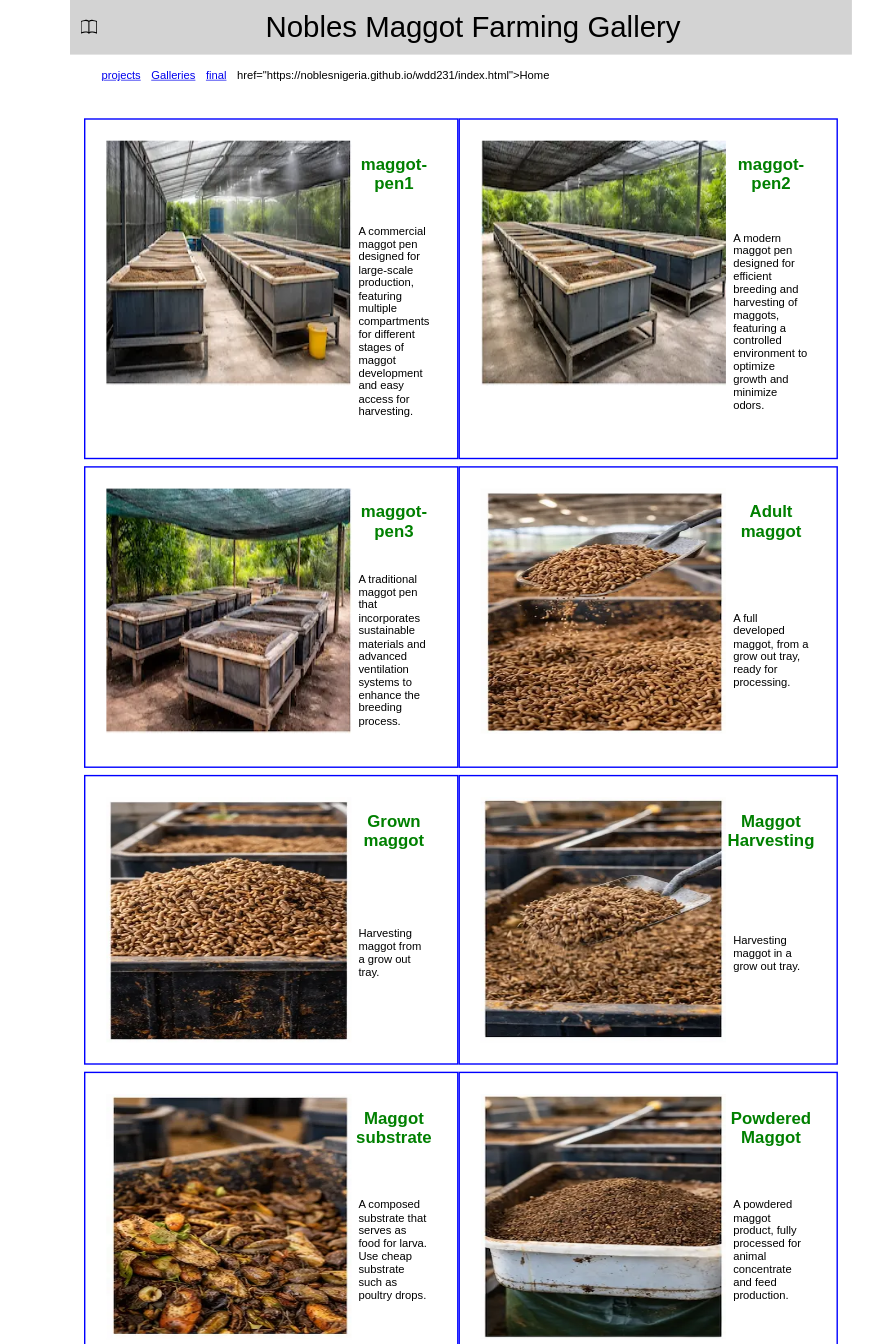
Repository: NoblesNigeria/articles
Page: maggot/farm-galleries.html
An editor plug-in stored every save of this project. The page is shown before and after the next save, followed by the edit.
The browser window is 1280 px wide. The pictures show the part of the page from y = 0 to 1920 px (the page is 2701 px tall), at 70% of full size.

Above is the page before, as saved 2026-02-23 11:02:35.
Console error: TypeError: Cannot read properties of null (reading 'addEventListener')

### maggot/farm-galleries.html
<!DOCTYPE html>
<html lang="en">
<head>
    <meta charset="UTF-8">
    <meta name="viewport" content="width=device-width, initial-scale=1.0">
    <meta name="description" content="This is the business directory page for the Chamber of Commerce, We connect businesses and foster growth in our community.">
    <meta name="author" content="Nwose Anthony">
    <meta property="og:title" content="Evergreen Chamber of Commerce">
    <meta property="og:description" content="Evergreen Chamber of Commerce - Connecting Businesses, Fostering Growth">
    <meta property="og:image" content=" https://noblesnigeria.github.io/wdd231/chamber/images/image.jpg">
    <meta property="og:url" content=" https://noblesnigeria.github.io/chamber/directory.html">
    <link rel="stylesheet" href="styles/normalize.css">
    <link rel="stylesheet" href="styles/final-small.css">
    <link rel="stylesheet" href="styles/final-medium.css">
    <link rel="stylesheet" href="styles/final-large.css">
    <script src="scripts/final.js" defer></script>
    <link rel="icon" href="favicon.ico">
    <title>Nobles Agricultural Technology</title>
    <link rel="preconnect" href="https://fonts.googleapis.com">
    <link rel="preconnect" href="https://fonts.gstatic.com" crossorigin>
    <link href="https://fonts.googleapis.com/css2?family=Roboto:wght@100..900&display=swap" rel="stylesheet">
</head>
<body>
    <header>
        <img src="images/book.svg" alt="Chamber Logo">
        <span>Nobles Maggot Farming Gallery</span>
        <button id="ham-btn" class="hamburger"></button>
    </header>
    <nav id="navigation" class="navigate">
        <ul>
           <li><a href="https://noblesnigeria.github.io/wdd231/final-project/index.html">projects</a></li>
            <li><a href="https://noblesnigeria.github.io/wdd231/final-project/farm-galleries.html">Galleries</a></li>
            <li><ali><a href="https://noblesnigeria.github.io/wdd231/final-project/final.html">final</a></li> href="https://noblesnigeria.github.io/wdd231/index.html">Home</a></li>
        </ul>
    </nav>
    <main>
        <section id="directory-entries"></section>
    </main>
    <p> Back to personal page click here <a href="https://noblesnigeria.github.io/wdd231/index.html"> personal page</a></p>
    <p>To watch the video on page making click <a href="https://app.screencastify.com/watch/4KcYn3ku5BtcIechrisi?checkOrg=2b556cc6-6db3-4d8e-972a-422a65bee404">Watch</a></p>
    <footer>
        <aside class="contact">
            <h2>Nobles Agrotech</h2>
            <p>9, Idara avenue off Imafidon street, Evboneka </p>
            <p>Benin City, Edo State, Nigeria.</p>
            <p>Phone: +234 838090539</p>
            <p>Email:noblesnigeria@gmail.com</p>
        </aside>
        <aside class="media">
            <a href="https://github.com/NoblesNigeria"><img src="images/facebook.svg" alt="facebook" width="100" height="100"></a>
            <a href="https://github.com/NoblesNigeria"><img src="images/github.svg" alt="Github" width="100" height="100"></a>
            <a href="https://github.com/NoblesNigeria"><img src="images/linkedin.svg" alt="Linkedin" width="100" height="100"></a>
        </aside>
        <aside class="copy-right">
            <h2>WDD 231 Final Project</h2>
            <h3>Nwose Anthony</h3>
            <p>&copy; <span class="current-year"></span> Evergreen</p>
            <p>Last modified: <span class="lastModified"></span></p>
        </aside>
    </footer>
</body>
</html>

### maggot/styles/final-small.css
body{
    display:grid;
    grid-template-columns: auto;
    font-family: Arial, sans-serif;
    padding: 0;
    align-items: center;
}
#card{
    background-color: gray;
}
#clear{
    background-color: lightblue;
}
.profitability{
    background-color: lightgray;
}
h2{
    color:green;
    text-align: center;
}
h3{
    color:skyblue;
}
header{
    display:grid;
    grid-template-columns: 24px auto 44px;
    gap:10px;
    align-items:center;
    background-color: lightgrey;
    text-align: center;
}
header img{
    width:100%;
}
h1{
    color: blue;
    text-align: center;
}
.hamburger{
    border:none;
    cursor:pointer;
    font-size: 32px;
}
.hamburger::before{
    content: "\2630";
    font-size: 32px;
}
.hamburger.show::before{
    content: "\2715";
}
.navigate{
    display:none;
}
.navigate.show{
    display:block;
}
nav ul{
    list-style-type: none;
    display:block;
}
nav a:hover{
    color: purple;
}
.dove{
    color: red;
}
.jump{
    color: green;
}
main{
    padding: 20px;
}
#directory-entries section{
    display: grid;
    grid-template-columns: 1fr;
    grid-template-areas:
    "image"
    "name"
    "description"
    ;
    border: 2px solid blue;
    padding: 30px;
    margin-top: 10px;
}
#directory-entries img{
    grid-area: image;
    width: 350px;
    height: 250px;
}
#directory-entries h2{
    grid-area: name;
}
#directory-entries p{
    grid-area: description;
}
.profitability,th, td {
    border: 2px  solid black;
    padding: 10px;
}
.nutrient{
    border-collapse: collapse;
}
.profitability{
    border-collapse: collapse;
}
#register{
    padding: 10px;
    display:grid;
    background-color: gray;
}
label input{
    display:flex;
    padding: 5px;
}
button:hover{
    background-color: green;
}
#notification{
    padding: 5px;;
    width: 80px;
    margin-top: 5px;
}
#address{
    color: green;
}
footer{
    border-top: 1px solid black;
    padding-top: 5px;
    text-align: center;
    background-color: lightgrey;
}

.media img{
    width:44px;
    height:44px;
}

### maggot/styles/final-medium.css
@media only screen and (min-width: 38rem){
    #directory-entries section{
        display: grid;
        grid-template-columns: 1fr;
        grid-template-areas:
        "image name"
        "image description"
        ;
        border: 2px solid blue;
        padding: 30px;
        margin-top: 10px;
    }
    #directory-entries img{
        width: 350px;
        height: 350px;
    }
    #register{
        width: 400px;
        margin-left: 250px;
    }

}

### maggot/styles/final-large.css
@media only screen and (min-width: 50rem) {
    body{
        width: 1050px;
        margin-left: 100px;
    }
    header{
        grid-template-columns: 24px auto;
        font-size: 42px;
        padding: 15px;
    }
    #navigation{
        display:block;
        padding: 5px;
    }
    .hamburger{
        display:none;
    }
    .navigate ul{
        display:flex;
        flex-direction: row;
        gap: 15px;
    }
    footer{
        display: grid;
        grid-template-columns: auto auto auto;
        align-items: center;
    }
    .contact{
        grid-column: 1;
    }
    .media{
        grid-column: 2;
        justify-content: center;
    }
    .copy-right{
        grid-column: 3;
    }
    #directory-entries{
        display: grid;
        grid-template-columns: 1fr 1fr;
    }
    #directory-entries p{
        padding: 10px;
    }
}

### maggot/scripts/final.js

const details = './data/final.json';
const cards = document.querySelector('#directory-entries');

let allGallery = [];

// Wait for DOM to load
document.addEventListener('DOMContentLoaded', () => {
    getDetails();
});

// Fetch data
async function getDetails() {
    try {
        const response = await fetch(details);

        // Check if request was successful
        if (!response.ok) {
            throw new Error(`HTTP error! Status: ${response.status}`);
        }

        const data = await response.json();

        // Make sure gallery exists
        if (!data.gallery || !Array.isArray(data.gallery)) {
            throw new Error('Invalid JSON format: "gallery" not found');
        }

        allGallery = data.gallery;

        displayDetails(allGallery);

    } catch (error) {
        console.error('Error loading gallery:', error);
        cards.innerHTML = '<p>Failed to load gallery data.</p>';
    }
}

// Display members
function displayDetails(gallery) {
    cards.innerHTML = ''; // Clear cards

    gallery.forEach(member => {
        const card = document.createElement('section');
        card.classList.add('member-card');

        const h2 = document.createElement('h2');
        h2.textContent = member.name || 'No Name';

        const img = document.createElement('img');
        img.src = member.image || 'images/placeholder.jpg';
        img.alt = member.name || 'Gallery image';
        img.loading = 'lazy';

        const description = document.createElement('p');
        description.textContent = member.description

        card.append(h2, img, description);
        cards.appendChild(card);
    });
}

const ham = document.querySelector('#ham-btn');
const nav = document.querySelector('#navigation');
ham.addEventListener('click', () => {
    nav.classList.toggle('show');
    ham.classList.toggle('show');
});



const notify= document.getElementById('notification');
const inform= document.getElementById('info');
const signUp= document.getElementById('sign-up');

notify.addEventListener("click", () => {
    inform.showModal();
});

signUp.addEventListener("click", () => {
    inform.close();
});

### maggot/data/final.json
{
  "gallery": [
    {
      "name": "maggot-pen1",
      "description": "A commercial maggot pen designed for large-scale production, featuring multiple compartments for different stages of maggot development and easy access for harvesting.",
      "image": "images/modern-maggot-pen1.webp"
    },
    {
      "name": "maggot-pen2",
      "description": "A modern maggot pen designed for efficient breeding and harvesting of maggots, featuring a controlled environment to optimize growth and minimize odors.",
      "image": "images/modern-maggot-pen2.webp"
    },
    {
      "name": "maggot-pen3",
      "description": "A traditional maggot pen that incorporates sustainable materials and advanced ventilation systems to enhance the breeding process.",
      "image": "images/maggot-pen3.webp"
    },
    {
      "name": "Adult maggot",
      "description": "A full developed maggot, from a grow out tray, ready for processing.",
      "image": "images/maggot1.webp"
    },
    {
      "name": "Grown maggot",
      "description": "Harvesting maggot from a grow out tray.",
      "image": "images/maggot2.webp"
    },
    {
      "name": "Maggot Harvesting",
      "description": "Harvesting maggot in a grow out tray.",
      "image": "images/maggot8.webp"
    },
    {
      "name": "Maggot substrate",
      "description": "A composed substrate that serves as food for larva. Use cheap substrate such as poultry drops.",
      "image": "images/maggot7.webp"
    },
    {
      "name": "Powdered Maggot",
      "description": "A powdered maggot product, fully processed for animal concentrate and feed production.",
      "image": "images/maggot5.webp"
    },
    {
      "name": "Modern drying facility",
      "description": "A modern maggot drying facility for industrial and commercial maggot production.",
      "image": "images/maggot-modern-processing.webp"
    },
    {
      "name": "Traditional processing",
      "description": "A local processing facility using economical and low-cost processing techniques.",
      "image": "images/maggot-local-processing2.webp"
    }
  ]
}

Loaded but not shown: maggot/styles/normalize.css (library)

After the next save:
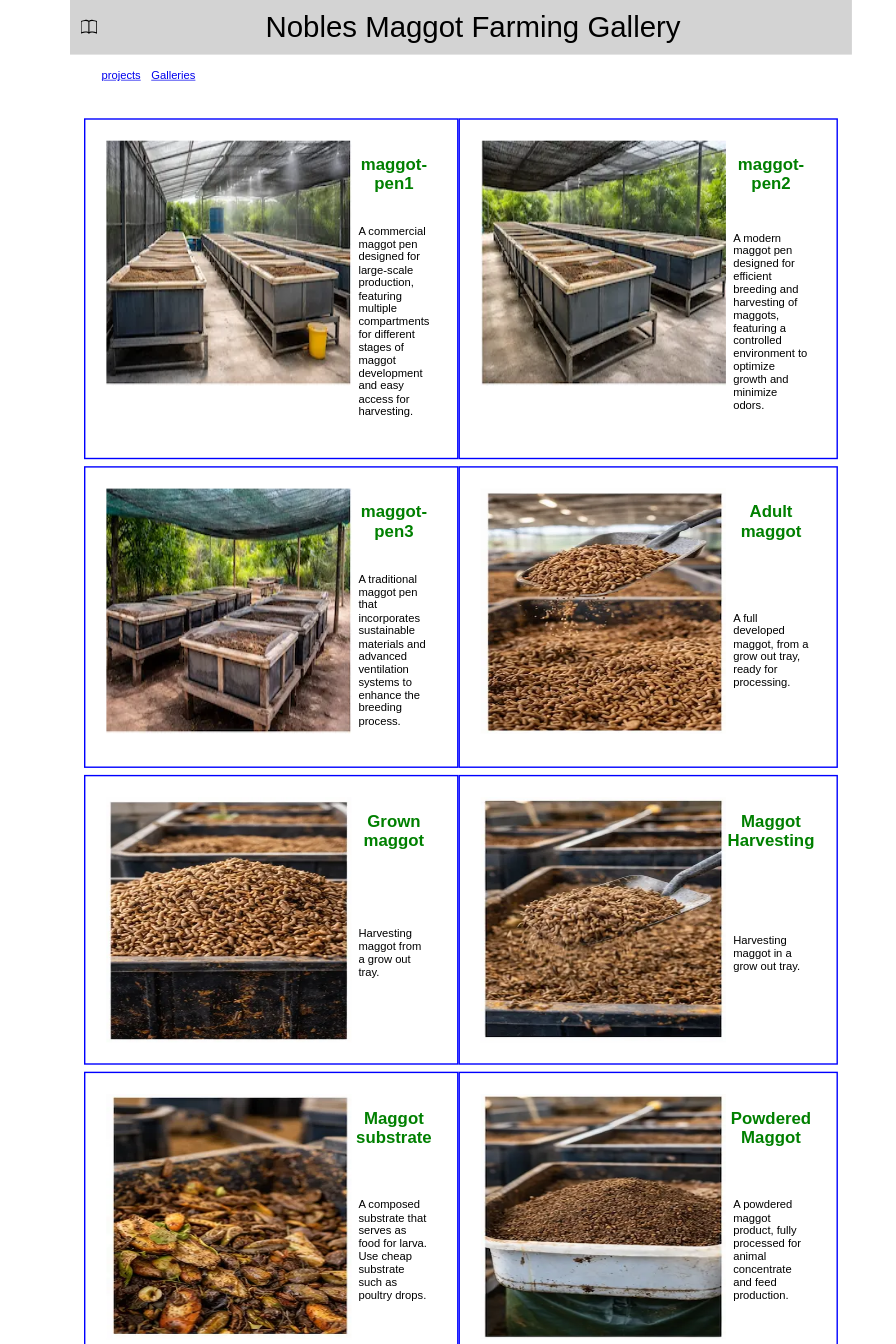
Saved 38 s later.
--- a/maggot/farm-galleries.html
+++ b/maggot/farm-galleries.html
@@ -30,8 +30,7 @@
         <ul>
            <li><a href="https://noblesnigeria.github.io/wdd231/final-project/index.html">projects</a></li>
             <li><a href="https://noblesnigeria.github.io/wdd231/final-project/farm-galleries.html">Galleries</a></li>
-            <li><ali><a href="https://noblesnigeria.github.io/wdd231/final-project/final.html">final</a></li> href="https://noblesnigeria.github.io/wdd231/index.html">Home</a></li>
-        </ul>
+
     </nav>
     <main>
         <section id="directory-entries"></section>
